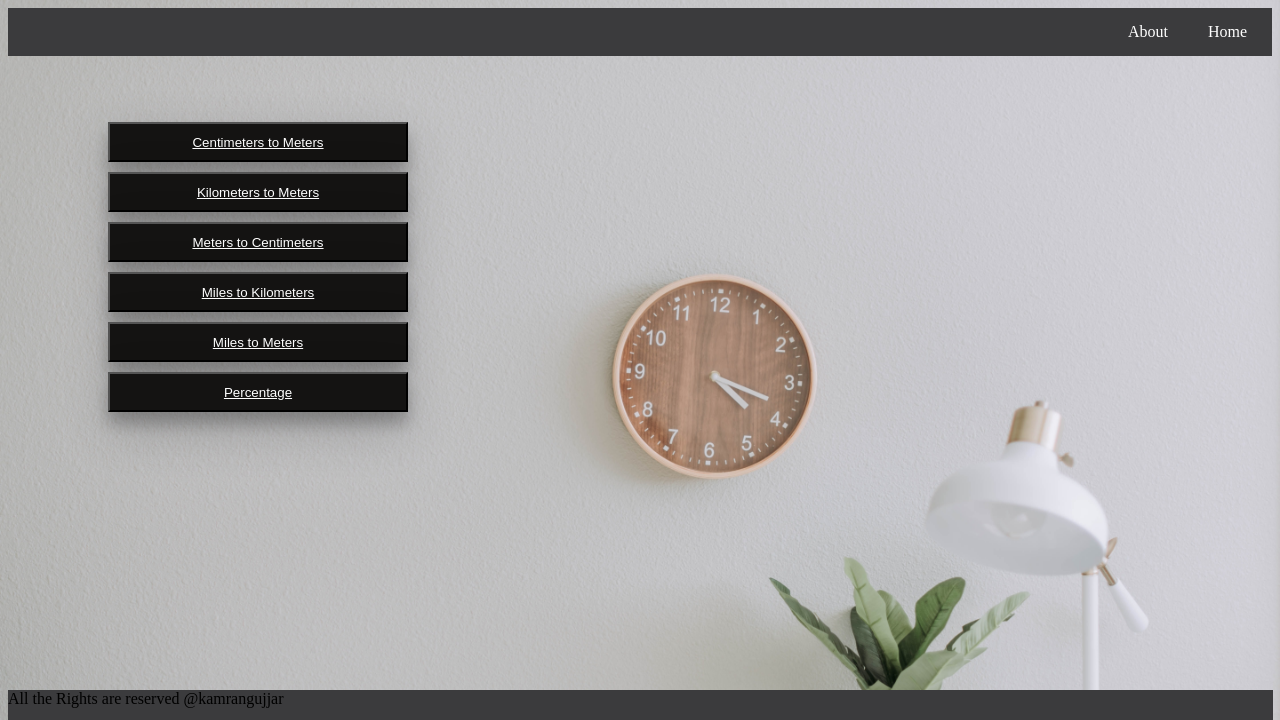
Repository: Kamrangujjar85112/Length-Converter
Page: html/home.html
The author's editor kept a copy of each file at every save. The page is drawn from the files as they stood at one save, then again after the next save.
The browser window is 1280 px wide. The pictures show the whole page.

Above is the page before, as saved 2022-01-21 05:02:28.

After the next save:
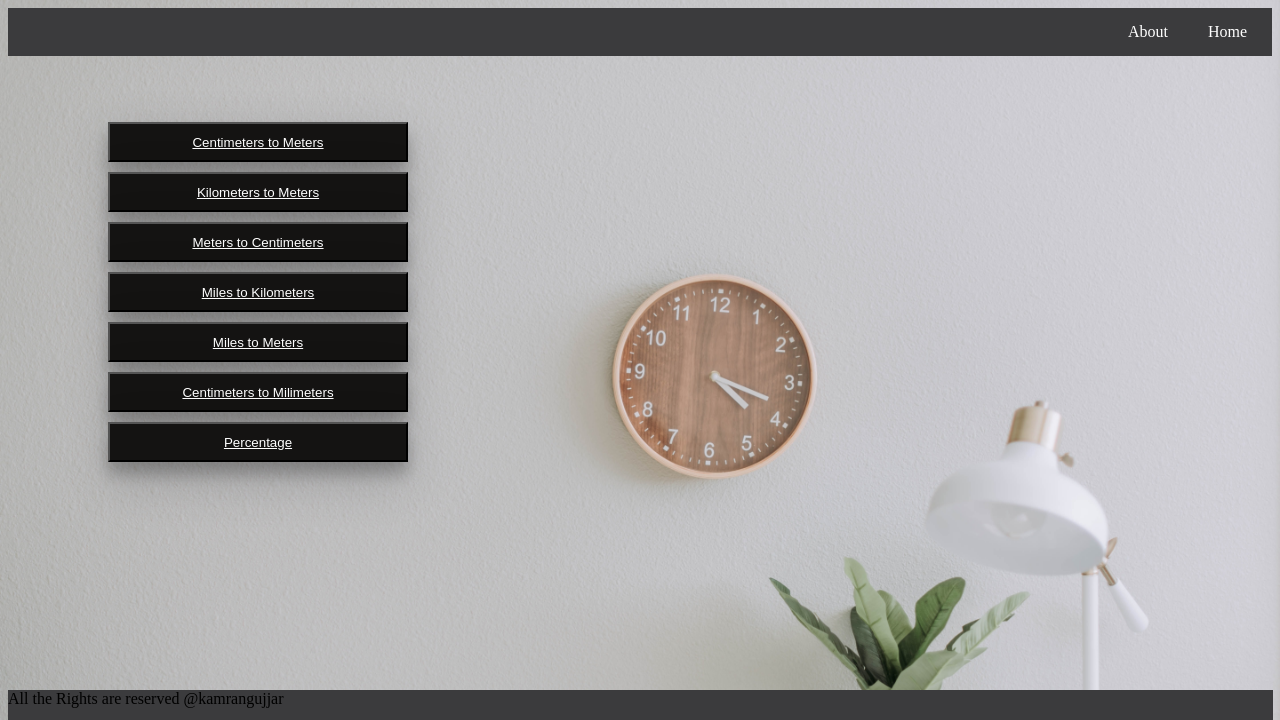
Saved 93 s later.
--- a/html/home.html
+++ b/html/home.html
@@ -37,6 +37,9 @@
                     <button><a href="mi_m.html">Miles to Meters</a></button>
                 </li>
                 <li class="link">
+                    <button><a href="cm_mm.html">Centimeters to Milimeters</a></button>
+                </li>
+                <li class="link">
                     <button><a href="percentage.html">Percentage</a></button>
                 </li>
             </ul>
